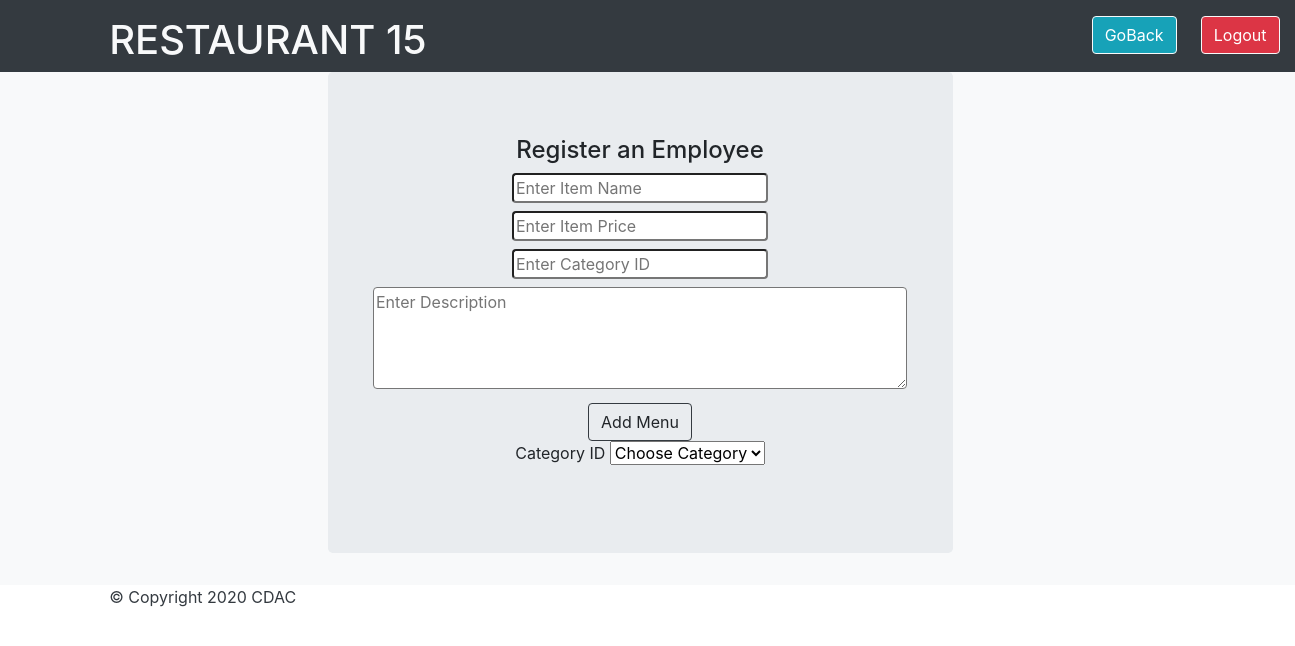
Repository: Pedaxx-IT-solution/E-Waiter-Stuff-
Page: http://localhost/ProjectEwaiter/WEB-INF/views/addmenu.jsp
An editor plug-in stored every save of this project. The page is shown before and after the next save, followed by the edit.
The browser window is 1280 px wide. The page is 1295 px wide, so the pictures cover 1295 px, including what lies to the right of the window. The pictures show the whole page.
The page is served by Tomcat 9. Nobody is signed in. Other server files are loaded and not shown. The template is opened directly, without the code that normally fills it, so the values that code supplies are empty.

Above is the page before, as saved 2020-01-25 19:55:00.

### MyProject/ProjectEwaiter/src/main/webapp/WEB-INF/views/addmenu.jsp
<%@ page language="java" contentType="text/html; charset=ISO-8859-1"
	pageEncoding="ISO-8859-1"%>
<!DOCTYPE html>
<html>
<head>

<meta charset="ISO-8859-1">
<title>Add Menu</title>
<link
	href="https://stackpath.bootstrapcdn.com/bootstrap/4.4.1/css/bootstrap.min.css"
	rel="stylesheet"
	integrity="sha384-Vkoo8x4CGsO3+Hhxv8T/Q5PaXtkKtu6ug5TOeNV6gBiFeWPGFN9MuhOf23Q9Ifjh"
	crossorigin="anonymous">
<%
response.setHeader("Cache-Control", "no-cache,no-store,must-invalidate");
response.setHeader("Pragma", "no-cache");
response.setHeader("Expires", "0");
%>
<script>
     function Project1()
	{
		var uname = document.forms["RegForm"]["user_name"];
		var Password = document.forms["RegForm"]["password"];
		var Name = document.forms["RegForm"]["name"];
		var Salary = document.forms["RegForm"]["salary"];
		var UserType = document.forms["RegForm"]["user_type_id"];


		if(uname.value == "")
		{
			window.alert("Please enter your username.");
			uname.focus();
			return false;
		}

		if(Password.value == "")
		{
			window.alert("Please enter password.");
			Password.focus();
			return false;
		}

		if(Name.value == "")
		{
			window.alert("Please enter your name.");
			Name.focus();
			return false;
		}
		if(Salary.value == "")
		{
			window.alert("Please enter salary.");
			Salary.focus();
			return false;
		}
		if(UserType.selectedIndex < 1)
		{
			alert("please select user type.");
			UserType.focus();
			return false;
		}

	}
</script>
</head>
<body>
	<div class="container-flud  ">

		<div class="row bg-dark pt-3">
				<div class="col-1 "></div>
				<div class="col-9  text-light ">
					<h1>RESTAURANT 15</h1>
				</div>
				<div class="col-1 ">
				<a href="/user/" class="btn btn-info border-light" role="button">GoBack</a>
				</div>
				<div class="col-1 text-light">
						<a href="/user/logout" class="btn btn-danger border-light" role="button">Logout</a>
				</div>
		</div>

		<div class="row bg-light">
			<div class="col-3"></div>
			<div class="col-6" align="center">
				<div class="jumbotron">
					<h4>Register an Employee</h4>
					<form name="AddMenuForm" action="addMenu" method="post" onsubmit="return Project1()">

	<input type="text" class="mb-2 rounded" name="item_name" placeholder="Enter Item Name" required><br>
	<input type="text" class="mb-2 rounded" name="item_price" pattern= "([0-9]|&#8734;)+"  placeholder="Enter Item Price"  required><br>
	<input type="text" class="mb-2 rounded" name="category_id" placeholder="Enter Category ID" ><br>
	<textarea rows="4" cols="50" class="mb-2 rounded" name="description" form="AddMenuForm" placeholder="Enter Description"></textarea><br>
	<input type="submit" class="btn text=dark rounded border-dark" value="Add Menu"><br>

	    <p>Category ID
        <select class="mb-2"  name="user_type_id" >
          	<option value="0">Choose Category</option>
  			<option value="1">Veg</option>
  			<option value="2">Non-Veg</option>
  			<option value="3">Chinese</option>
		</select>  <br>
</form>

				</div>
			</div>
			<div class="col-3"></div>
		</div>

		<div class="row ">
			<div class="col-1 "></div>
			<div class="col-11 text-dark ">
				<footer>&copy; Copyright 2020 CDAC</footer>
			</div>
		</div>
	</div>

</body>
</html>

After the next save:
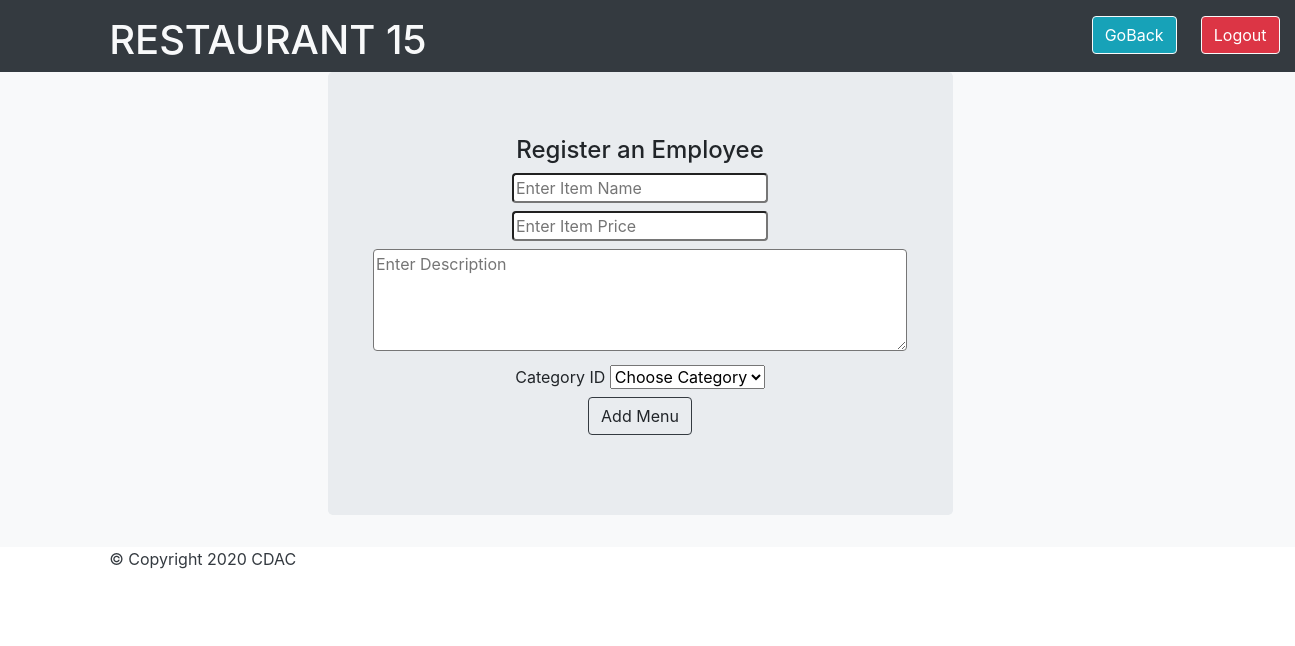
Saved 34 s later.
--- a/MyProject/ProjectEwaiter/src/main/webapp/WEB-INF/views/addmenu.jsp
+++ b/MyProject/ProjectEwaiter/src/main/webapp/WEB-INF/views/addmenu.jsp
@@ -87,9 +87,7 @@ response.setHeader("Expires", "0");
 
 	<input type="text" class="mb-2 rounded" name="item_name" placeholder="Enter Item Name" required><br>
 	<input type="text" class="mb-2 rounded" name="item_price" pattern= "([0-9]|&#8734;)+"  placeholder="Enter Item Price"  required><br>
-	<input type="text" class="mb-2 rounded" name="category_id" placeholder="Enter Category ID" ><br>
 	<textarea rows="4" cols="50" class="mb-2 rounded" name="description" form="AddMenuForm" placeholder="Enter Description"></textarea><br>
-	<input type="submit" class="btn text=dark rounded border-dark" value="Add Menu"><br>
 
 	    <p>Category ID
         <select class="mb-2"  name="user_type_id" >
@@ -98,6 +96,8 @@ response.setHeader("Expires", "0");
   			<option value="2">Non-Veg</option>
   			<option value="3">Chinese</option>
 		</select>  <br>
+		<input type="submit" class="btn text=dark rounded border-dark" value="Add Menu"><br>
+
 </form>
 
 				</div>
